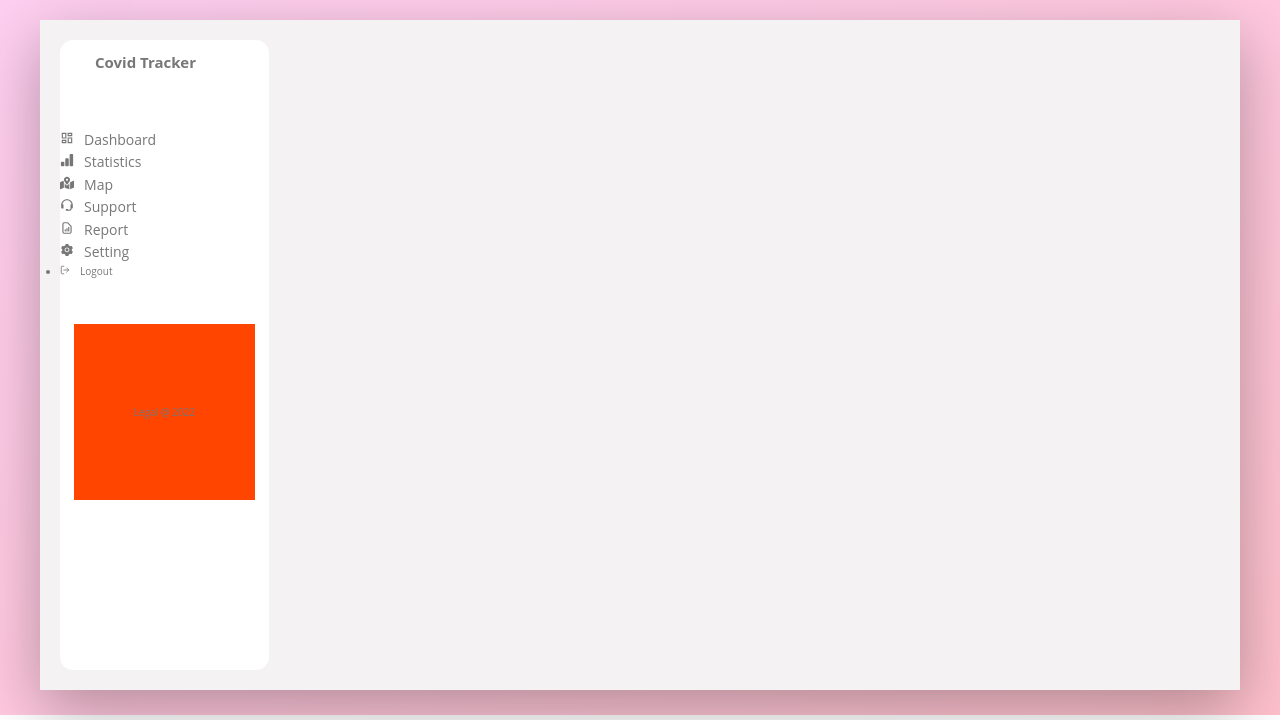
Repository: okidijimmy200/CovidAdminTracker
Page: /
These files come from the project's save history. The page is drawn as it stood at one moment and after a run of saves; the edit follows.
The browser window is 1280 px wide. The pictures show the whole page.
The project was rebuilt for these pictures with package versions that can differ from the ones it lists, and the page was loaded fresh each time.

Above is the page before, as saved 2022-06-16 12:14:32.

### public/index.html
<!DOCTYPE html>
<html lang="en">
  <head>
    <meta charset="utf-8" />
    <link rel="icon" href="%PUBLIC_URL%/favicon.ico" />
    <meta name="viewport" content="width=device-width, initial-scale=1" />
    <meta name="theme-color" content="#000000" />
    <meta
      name="description"
      content="Web site created using create-react-app"
    />
    <link rel="apple-touch-icon" href="%PUBLIC_URL%/logo192.png" />
    <!--
      manifest.json provides metadata used when your web app is installed on a
      user's mobile device or desktop. See https://developers.google.com/web/fundamentals/web-app-manifest/
    -->
    <link rel="manifest" href="%PUBLIC_URL%/manifest.json" />
    <!--
      Notice the use of %PUBLIC_URL% in the tags above.
      It will be replaced with the URL of the `public` folder during the build.
      Only files inside the `public` folder can be referenced from the HTML.

      Unlike "/favicon.ico" or "favicon.ico", "%PUBLIC_URL%/favicon.ico" will
      work correctly both with client-side routing and a non-root public URL.
      Learn how to configure a non-root public URL by running `npm run build`.
    -->
    <title>Covid Admin Tracker</title>
  </head>
  <body>
    <noscript>You need to enable JavaScript to run this app.</noscript>
    <div id="root"></div>
    <!--
      This HTML file is a template.
      If you open it directly in the browser, you will see an empty page.

      You can add webfonts, meta tags, or analytics to this file.
      The build step will place the bundled scripts into the <body> tag.

      To begin the development, run `npm start` or `yarn start`.
      To create a production bundle, use `npm run build` or `yarn build`.
    -->
  </body>
</html>

### src/index.scss
:root {
  --color-primary:#eb2f64;
  --color-primary-light:#ffcff1;
  --color-primary-dark:#ffc1cc;
  --color-grey-light-1: #faf9f9;
  --color-grey-light-2: #f4f2f2;
  --color-grey-light-3: #f0eeee;
  --color-grey-light-4: #ccc;
  --color-grey-dark-1: #333;
  --color-grey-dark-2: #777;
  --color-grey-dark-3: #999;

  // creating variable for box
  --shadow-dark: 0 2rem 6rem rgba(0, 0, 0, 0.3);

  --shadow-light: 0 2rem 5rem rgba(0,0,0,.06);
}


* {
  margin: 0;
  padding: 0;
}
*,
*::before,
*::after {
  box-sizing: inherit;
}

html {
  box-sizing: border-box;
  font-size: 62.5%;

}

body {
  font-family: 'Open Sans', sans-serif;
  font-weight: 400;
  line-height: 1.6;
  color: var(--color-grey-dark-2);
  background-image: linear-gradient(to right bottom, var(--color-primary-light), var(--color-primary-dark));
  background-size: cover;
  background-repeat: no-repeat;
  min-height: 96.5vh;
}

### src/App.tsx
import React from 'react';
import Sidebar from './sidebar/sidebar';
import Content from './core/content';
import './App.scss';

function App() {
  return (
    <div data-testid='container' className="container">
      <div className="content">
      <Sidebar />
      <Content />
      </div>

    </div>
  );
}

export default App;

### src/sidebar/sidebar.tsx
import React from 'react'
import {MdOutlineDashboard  } from 'react-icons/md'
import { BsFillBarChartFill } from 'react-icons/bs'
import { FaMapMarkedAlt } from 'react-icons/fa'
import { BiSupport } from 'react-icons/bi'
import { HiOutlineDocumentReport } from 'react-icons/hi'
import { AiFillSetting } from 'react-icons/ai'
import { FiLogOut } from 'react-icons/fi'

import './sidebar.scss'

export default function sidebar() {
  return (
    <>
    <nav className="sidebar">
        <h2 className='title'>Covid Tracker</h2>
        <div className='sidebar-flex'>
            <div>
            <ul className="side-nav">
            <li className="side-nav__item side-nav__item--active">
                <span className='side-nav__icon'><MdOutlineDashboard /></span>
                    <span>Dashboard</span>
            </li>
            <li className="side-nav__item">
                {/* <a href="#" class="side-nav__link"> */}
                    <span className="side-nav__icon">
                        <BsFillBarChartFill />
                        {/* <use xlink:href="img/spritspam#icon-aircraft-take-off"></use> */}
                    </span>
                    <span>Statistics</span>
                {/* </a> */}
            </li>
            <li className="side-nav__item">
                {/* <a href="#" class="side-nav__link"> */}
                    <span className="side-nav__icon">
                        <FaMapMarkedAlt />
                        {/* <use xlink:href="img/sprite.svg#icon-key"></use> */}
                    </span>
                    <span>Map</span>
                {/* </a> */}
            </li>
            <li className="side-nav__item">
                {/* <a href="#" className="side-nav__link"> */}
                    <span className="side-nav__icon">
                        {/* <use xlink:href="img/sprite.svg#icon-map"></use> */}
                        <BiSupport />
                    </span>
                    <span>Support</span>
                {/* </a> */}
            </li>
            <li className="side-nav__item">
                {/* <a href="#" className="side-nav__link"> */}
                    <span className="side-nav__icon">
                        {/* <use xlink:href="img/sprite.svg#icon-map"></use> */}
                        <HiOutlineDocumentReport />
                    </span>
                    <span>Report</span>
                {/* </a> */}
            </li>
            <li className="side-nav__item">
                {/* <a href="#" className="side-nav__link"> */}
                    <span className="side-nav__icon">
                        {/* <use xlink:href="img/sprite.svg#icon-map"></use> */}
                        <AiFillSetting />
                    </span>
                    <span>Setting</span>
                {/* </a> */}
            </li>
        </ul>
            </div>
            <div>
                <ul className="side-nav__1">
                <li className="side-nav__item">
                <span className="side-nav__icon">
                        {/* <use xlink:href="img/sprite.svg#icon-map"></use> */}
                        <FiLogOut />
                    </span>
                <span>Logout</span>
            </li>
                </ul>

            </div>

        <div className="download">
            Legal @ 2022
        </div>
        </div>
    </nav>
</>
  )
}

### src/core/content.tsx
import React from 'react'

import './content.scss'

export default function Content() {
  return (
    <main className="hotel-view">
    </main>
  )
}

### src/App.scss
.container {
  max-width: 120rem;
  // centering in the view port
  margin: 2rem auto;
  background-color: var(--color-grey-light-2);
  // box-shadow:;
  box-shadow: var(--shadow-dark);

  // min height for testing
  // min-height: 60rem;

}

.content {
  display: flex;
  min-height: 93vh;
  padding: 2rem;
}

### src/sidebar/sidebar.scss

.sidebar {
    // styling the sidebar
    background-color: #fff;
    // flex property to define width, grow 0, shrink 0
    flex: 0 0 18%;
    // to create alot of space in the container for legal text
    border-radius: 1.3rem;
}

.side-nav {
    // adding font size
    font-size: 1.4rem;
    list-style: none;
    margin-top: 3.5rem;

    &__

   &__item {
       // parent element set to relative to element the hover effect
       position: relative;
       cursor: pointer;
       margin-left: 1.2rem;

       // to create space btn the items
       &:not(:last-child) {
           margin-bottom: .5rem;
       }
   }

   // this shd be visible only when we hover the item
   &__item:hover::before,
   // to make one of the li items initially highlighted
   &__item--active::before {
       width: 100%;
   }

   // to show the item as selected
   &__item:active::before {
       background-color: #fff;
   }


   &__link:link,
   &__link:visited {
    //    color: var(--color-grey-light-1);
       text-decoration: none;
       text-transform: uppercase;
       display: inline-block;
       padding: 1.5rem 3rem;
       // z-index only works with positioning
       position: relative;
       z-index: 10;
       // to align items in straight line
       display: flex;
       align-items: center;
   }

   &__icon {
       // reduce size of icons
       width: 1.75rem;
       height: 1.75rem;
       margin-right: 1rem;
       // current color is the color of the current element
       fill:currentColor;
   }
}
.logout {
    margin-top: 10rem;
}
.sidebar-flex {
    display: flex;
    flex-direction: column;
    height: 45rem;
}
.title {
    padding: 1rem 2rem 2rem 3.5rem;
}

.download {
    padding: 8rem 6rem;
    margin: auto;
    background-color: orangered;
}

### src/core/content.scss
.hotel-view {
    // background-color: #fff;
    // to make the hotel-view cover up the remaining space
    flex: 1;
    margin-left: 2rem;
}

Loaded but not shown: src/index.tsx (common file); src/reportWebVitals.ts (common file)

After the next 3 saves:
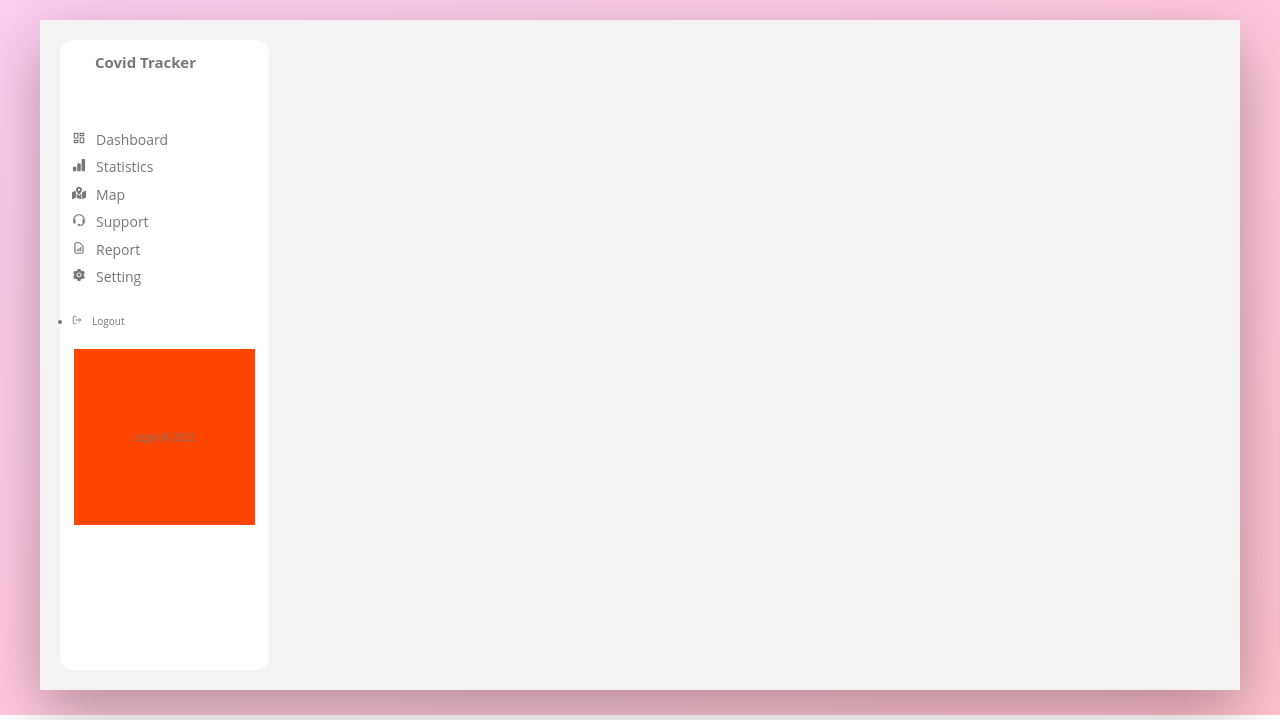
The 3 saves are shown as one change because 1 did not build or start and some came seconds apart.
The last was saved 12 s later.
--- a/src/sidebar/sidebar.scss
+++ b/src/sidebar/sidebar.scss
@@ -14,7 +14,9 @@
     list-style: none;
     margin-top: 3.5rem;
 
-    &__
+    &__1 {
+        margin-top: 2.5rem;
+    }
 
    &__item {
        // parent element set to relative to element the hover effect
